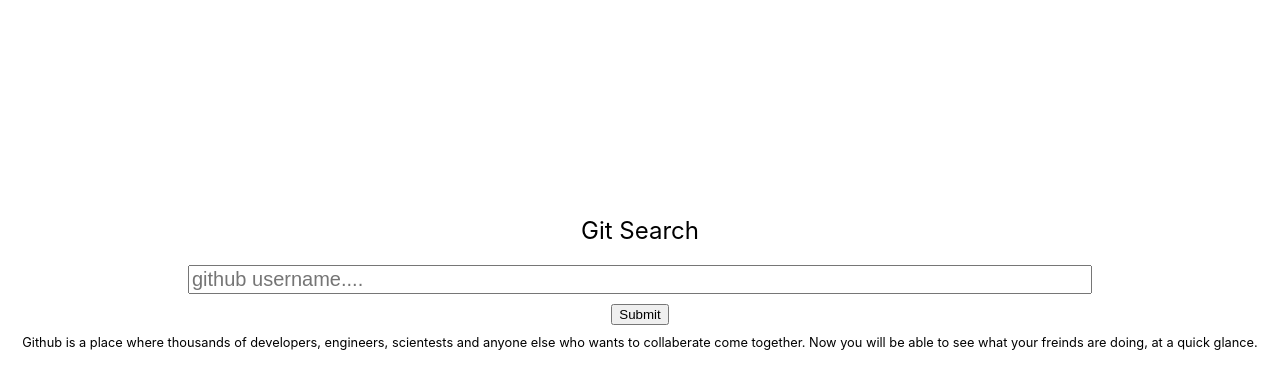
Repository: carlsopa/gitsearch
Page: / (app in gitsearch/)
An editor plug-in stored every save of this project. The page is shown before and after the next save, followed by the edit.
The browser window is 1280 px wide. The pictures show the whole page.
The project was rebuilt for these pictures with package versions that can differ from the ones it lists, and the page was loaded fresh each time. Also part of the build but not shown: gitsearch/src/components/profile.js, gitsearch/src/components/repo_card.js, gitsearch/src/components/repos.js.

Above is the page before, as saved 2020-06-23 09:35:18.

### gitsearch/src/App.js
import React,{useState,useEffect} from 'react';
import './App.css';
import'./design/git.css'
import Profile from './components/profile';
import Repos from './components/repos';
import Holder from './components/holder';


function App() {
  const uri = 'https://api.github.com/users/'
  const [searchTerm,setSearchTerm] = useState('')
  const [loaded,setLoaded] = useState(false);
  const [results, setResults] = useState([])
  const [error,setError] = useState('')
  const alpha=(data)=>{
    setSearchTerm(data);
  }
  const FetchUser=()=>{
    fetch(uri+searchTerm,{
      headers:{
        Authorization: "basic "+btoa('carlsopa')
      }
    })
    .then(res=>res.json())
    .then(
      (result)=>{
        setLoaded(true)
        setResults(result)
      },
      (error)=>{
        setLoaded(true)
        setError(error)
      }
    )
  }
  return (
    <div className="App">
      <header>
        {results.length!=0?<div><div className='header' id="header_search">Git Search</div>
        <input type="text" className='git_input' id="headerSearch" placeholder="git profile...." onChange={(e)=>setSearchTerm(e.target.value)}/>
        <button className='git_submit' id='headersubmit' type="button" href="#" onClick={(e)=>FetchUser()}>Submit</button></div>:null}
      </header>
      {results.length===0?<Holder alpha={alpha} fetch={FetchUser}/>:
      <div id="body"><Profile values={results}/><Repos values={results}/></div>}
    </div>
  );
}

export default App;

### gitsearch/src/design/git.css
img{
    width:60%;
    /* text-align: left; */
    justify-self: center;
}
li{
    list-style:none;
    text-align:left;
}
#start{
    position: relative;
    display: flex;
  flex-direction: column;
  align-items: center;
  /* justify-content: center; */
  /* min-height: 100vh; */
  top:30vh;
}
#title{
    margin-bottom:20px;
    /* font-size:1.25rem; */
}
.header{
    font-size:1.5rem;
}
#sub_text{
    font-size:.8rem;
}
.git_input{
    width:70vw;
    font-size:1.25rem;
}
#submit{
    margin: 10px 0;
}
#headerSearch{
    margin-right:10px;
    width:60vw;
}
#body{
    margin-top:20px;
    display:grid;
    grid-template-rows: auto auto;
    /* grid-gap:10px; */
    height:90vh;
}
#profile{
    display: grid;
grid-template-rows: auto auto auto auto;
/* border-bottom: 1px solid black; */
/* margin-bottom:20px; */
padding-bottom:20px;
}
#login{
    font-weight: 700;
    font-size:1.3rem;
}
#name{
    font-size:1.3rem;
}
#bio{
    font-size:.9rem;
}
#repository{
    display: grid;
    grid-auto-rows: auto;
    grid-gap:30px;
    overflow: scroll;
}
.repo_card{
    /* border: 1px solid black; */
    width: 90vw;
    justify-self: center;
    box-shadow: 2px 1px 22px -3px rgba(0,0,0,0.61);

}
.repo_title{
    font-weight:700;
}
.repo_description{
    font-size:.85rem;
}

### gitsearch/src/components/holder.js
import React from 'react';

function Holder(props) {
    return (
        <div id='start'>
            <div className='header' id='title'>Git Search</div>
            <input className="git_input" type="text" placeholder='github username....' onChange={(e)=>props.alpha(e.target.value)}/>
            <button className='git_submit' id='submit' type="button" onClick={(e)=>props.fetch()}>Submit</button>
            <div id="sub_text" >
                Github is a place where thousands of developers, engineers, scientests and anyone else who wants to collaberate come together.  Now you will be able to see what your freinds are doing, at a quick glance.
            </div>

        </div>
    )
}

export default Holder;

Loaded but not shown: gitsearch/public/index.html (common file); gitsearch/src/index.js (common file); gitsearch/src/index.css (common file); gitsearch/src/serviceWorker.js (common file); gitsearch/src/App.css (common file)

After the next save:
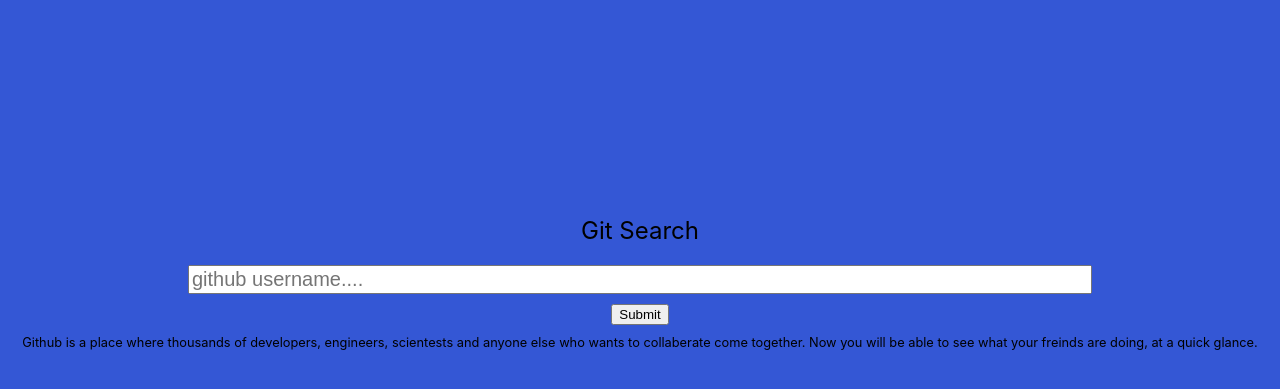
Saved 7 min 49 s later.
--- a/gitsearch/src/design/git.css
+++ b/gitsearch/src/design/git.css
@@ -1,3 +1,6 @@
+body{
+    background-color:#3457D5;
+}
 img{
     width:60%;
     /* text-align: left; */
